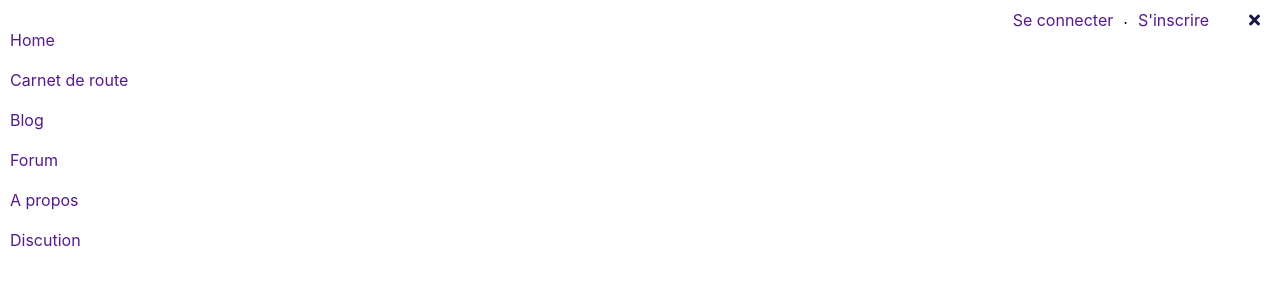
Repository: ypiard85/korean-place
Page: templates/home/index.html.twig
These files come from the project's save history. The page is drawn as it stood at one moment and after the next save; the edit follows.
The browser window is 1280 px wide. The pictures show the whole page.
Some web libraries are served in a nearby version. The page is a Twig template of a Symfony application; nobody is signed in and links lead nowhere. The template is opened directly, without the code that normally fills it, so the values that code supplies are empty.

Above is the page before, as saved 2021-02-10 23:20:30.

### templates/home/index.html.twig
{% extends 'base.html.twig' %}
{% block title %}Korean Titile site{% endblock %}



{% block body %}

{% endblock %}




{% block javascriptsfooter %}
    <script type="text/javascript"></script>
{% endblock %}

### templates/base.html.twig
<!DOCTYPE html>
<html>
    <head>
        <meta charset="UTF-8">
        <title>{% block title %}Welcome !{% endblock %}</title>
        {% block stylesheets %}{% endblock %}
        <!-- CSS only -->
            <link rel="stylesheet" href=" {{ asset('css/style.css') }} ">
            <link rel="stylesheet" href="https://use.fontawesome.com/releases/v5.15.2/css/all.css" integrity="sha384-vSIIfh2YWi9wW0r9iZe7RJPrKwp6bG+s9QZMoITbCckVJqGCCRhc+ccxNcdpHuYu" crossorigin="anonymous">
            <!--<link href="https://cdn.jsdelivr.net/npm/bootstrap@5.0.0-beta1/dist/css/bootstrap.min.css" rel="stylesheet" integrity="sha384-giJF6kkoqNQ00vy+HMDP7azOuL0xtbfIcaT9wjKHr8RbDVddVHyTfAAsrekwKmP1" crossorigin="anonymous">-->

        {% block javascripts %}{% endblock %}
    </head>
    <body>
        <div class="wrapper">
            <nav class="nav">
                <div class="nav_left">
                    <ul>
                        <li class="home"><a href=""><i class="fas fa-home"></i></a></li>
                        <li class="carnet"><a href="">Carnet de route</a></li>
                        <li class="blog"><a href="">Blog</a></li>
                        <li class="forum"><a href="">Forum</a></li>
                        <li class="about"><a href="">A propos</a></li>
                        <li class="discussion"><a href="">Discussions</a></li>
                    </ul>
                </div>
                <div class="nav_right">
                    <ul>
                        <li class="login"><a href="">Se connecter</a></li>
                        <li class="text_muted">.</li>
                        <li class="register"><a href="">S'inscrire</a></li>
                        <li class="burger"><i class="fas fa-bars"></i></li>
                    </ul>
                </div>
            </nav>

            <div class="nav_mobile">
                <div class="mobile_header">
                    <ul>
                        <li><a href="">Se connecter</a></li>
                        <li class="text_muted">.</li>
                        <li><a href="">S'inscrire</a></li>
                        <li class="close"><i class="fas fa-times"></i></li>
                    </ul>
                </div>
                <div class="mobile_link">
                    <ul>
                        <li><a href="">Home</a></li>
                        <li><a href="">Carnet de route</a></li>
                        <li><a href="">Blog</a></li>
                        <li><a href="">Forum</a></li>
                        <li><a href="">A propos</a></li>
                        <li><a href="">Discution</a></li>
                    </ul>
                </div>
            </div>

            {% block body %}{% endblock %}
        </div>


        {% block javascriptsfooter %}{% endblock %}
        <script src="https://cdn.jsdelivr.net/npm/bootstrap@5.0.0-beta1/dist/js/bootstrap.bundle.min.js" integrity="sha384-ygbV9kiqUc6oa4msXn9868pTtWMgiQaeYH7/t7LECLbyPA2x65Kgf80OJFdroafW" crossorigin="anonymous"></script>
        <script src="https://cdn.jsdelivr.net/npm/@popperjs/core@2.5.4/dist/umd/popper.min.js" integrity="sha384-q2kxQ16AaE6UbzuKqyBE9/u/KzioAlnx2maXQHiDX9d4/zp8Ok3f+M7DPm+Ib6IU" crossorigin="anonymous"></script>
        <script src="https://cdn.jsdelivr.net/npm/bootstrap@5.0.0-beta1/dist/js/bootstrap.min.js" integrity="sha384-pQQkAEnwaBkjpqZ8RU1fF1AKtTcHJwFl3pblpTlHXybJjHpMYo79HY3hIi4NKxyj" crossorigin="anonymous"></script>
    </body>
</html>

### public/css/style.css
:root{
    --border-light: rgb(197, 195, 195);
    --text-blue-dark: rgb(23, 23, 71);
}

body{
    font-family: -apple-system, BlinkMacSystemFont, 'Segoe UI', Roboto, Oxygen, Ubuntu, Cantarell, 'Open Sans', 'Helvetica Neue', sans-serif;
}

*{
    margin: 0;
    padding: 0;
    box-sizing: border-box;
}

/*RESET*/

a{
    text-decoration: none!important;
}

ul{
    list-style: none;
}

.wrapper{
    width: 85%;
    margin: auto;
    max-width: 100%;
}

.text_muted{
    margin-top: -5px;
}


/*NAV*/

.nav{
    border-bottom: 1px solid var(--border-light);
    display: flex;
    justify-content: space-between;
    align-items: center;
    padding: 15px 0;
    margin-top: 20px;
}

.nav a, i {
    color: var(--text-blue-dark);
    font-weight: 600;
}

.login{
    border-left: 1px solid var(--border-light);
    padding-left: 10px;
}

.home{
    border-right: 1px solid var(--border-light);
    padding-right: 10px;
}

.burger{
    cursor: pointer;
}

.nav_left > ul, .nav_right > ul{
    display: flex;
}

.nav_left > ul > li{
    margin-right: 20px;
}

.nav_right > ul > li{
    margin-left: 20px;
}

/*NAV MOBILE*/

.nav_mobile{
    top: 0;
    bottom: 0;
    left:0;
    right: 0;
    position: fixed;
    background: white;
    padding: 10px;
}

.mobile_header > ul{
    display: flex;
    justify-content: flex-end;
    align-items: center;
}

.mobile_header > ul > li {
    margin-right: 10px;
}

.close > i{
    margin-left: 30px;
}

.mobile_link ul{
    display: grid;
    grid-gap: 20px;
    padding-left: calc( (50% /2 )* 85%);

}

@media screen and (max-width: 800px){
    .login, .register{
        display: none;
    }
}

@media screen and (max-width: 585px){
    .discussion{
        display: none;
    }
}

@media screen and (max-width: 585px){
    .about{
        display: none;
    }
}

@media screen and (max-width: 400px){
    .forum{
        display: none;
    }
}


@media screen and (max-width: 950px){
    .wrapper{
        width: 100%;
        padding: 0 20px;
    }
}

@media screen and (min-width: 800px){
    .burger{
        display: none;
    }
}

After the next save:
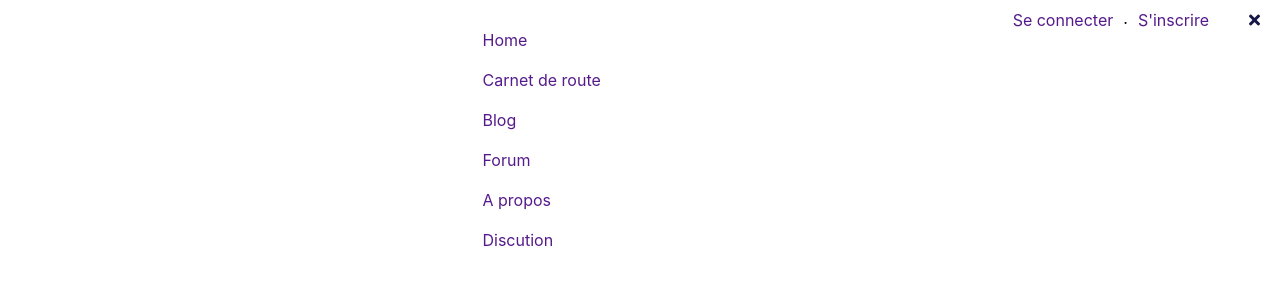
Saved 14 s later.
--- a/public/css/style.css
+++ b/public/css/style.css
@@ -105,7 +105,7 @@ ul{
 .mobile_link ul{
     display: grid;
     grid-gap: 20px;
-    padding-left: calc( (50% /2 )* 85%);
+    padding-left: calc( (50% /2 )* 1.5);
 
 }
 
